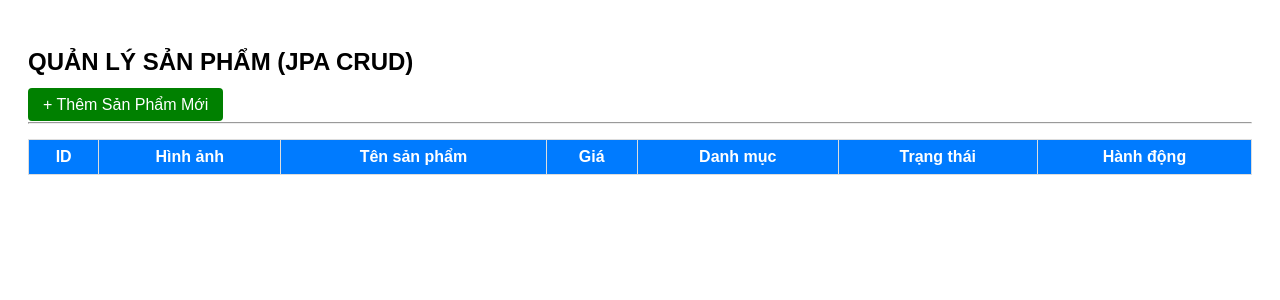
Repository: tanguyenhuy/LapTrinhWeb_BT4
Page: http://localhost/bt1/views/admin/product-list.jsp
An editor plug-in stored every save of this project. The page is shown before and after the next save, followed by the edit.
The browser window is 1280 px wide. The pictures show the whole page.
The page is served by Tomcat 10. Nobody is signed in. The application's start-up code is not run. The template is opened directly, without the code that normally fills it, so the values that code supplies are empty.

Above is the page before, as saved 2026-08-29 03:50:51.

After the next save:
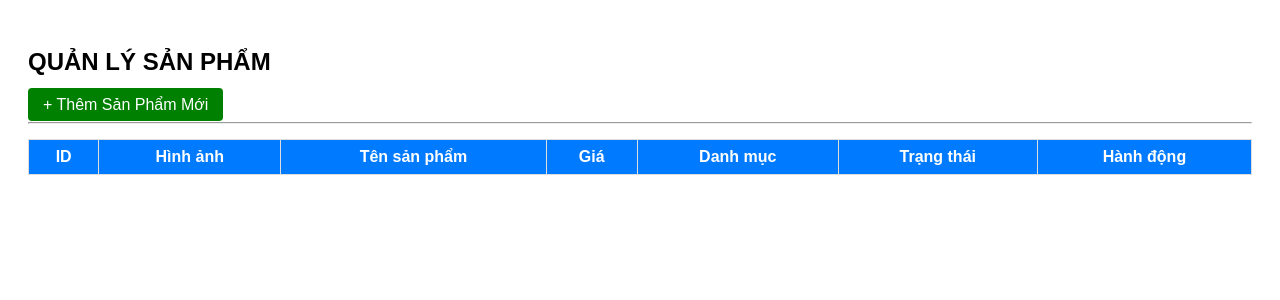
Saved 14 min 37 s later.
--- a/bt1/src/main/webapp/views/admin/product-list.jsp
+++ b/bt1/src/main/webapp/views/admin/product-list.jsp
@@ -11,7 +11,7 @@
     </style>
 </head>
 <body style="font-family: Arial; padding: 20px;">
-    <h2>QUẢN LÝ SẢN PHẨM (JPA CRUD)</h2>
+    <h2>QUẢN LÝ SẢN PHẨM</h2>
     <a href="${pageContext.request.contextPath}/admin/product/add" style="padding: 8px 15px; background: green; color: white; text-decoration: none; border-radius: 4px;">+ Thêm Sản Phẩm Mới</a>
     <hr>
     <table>
